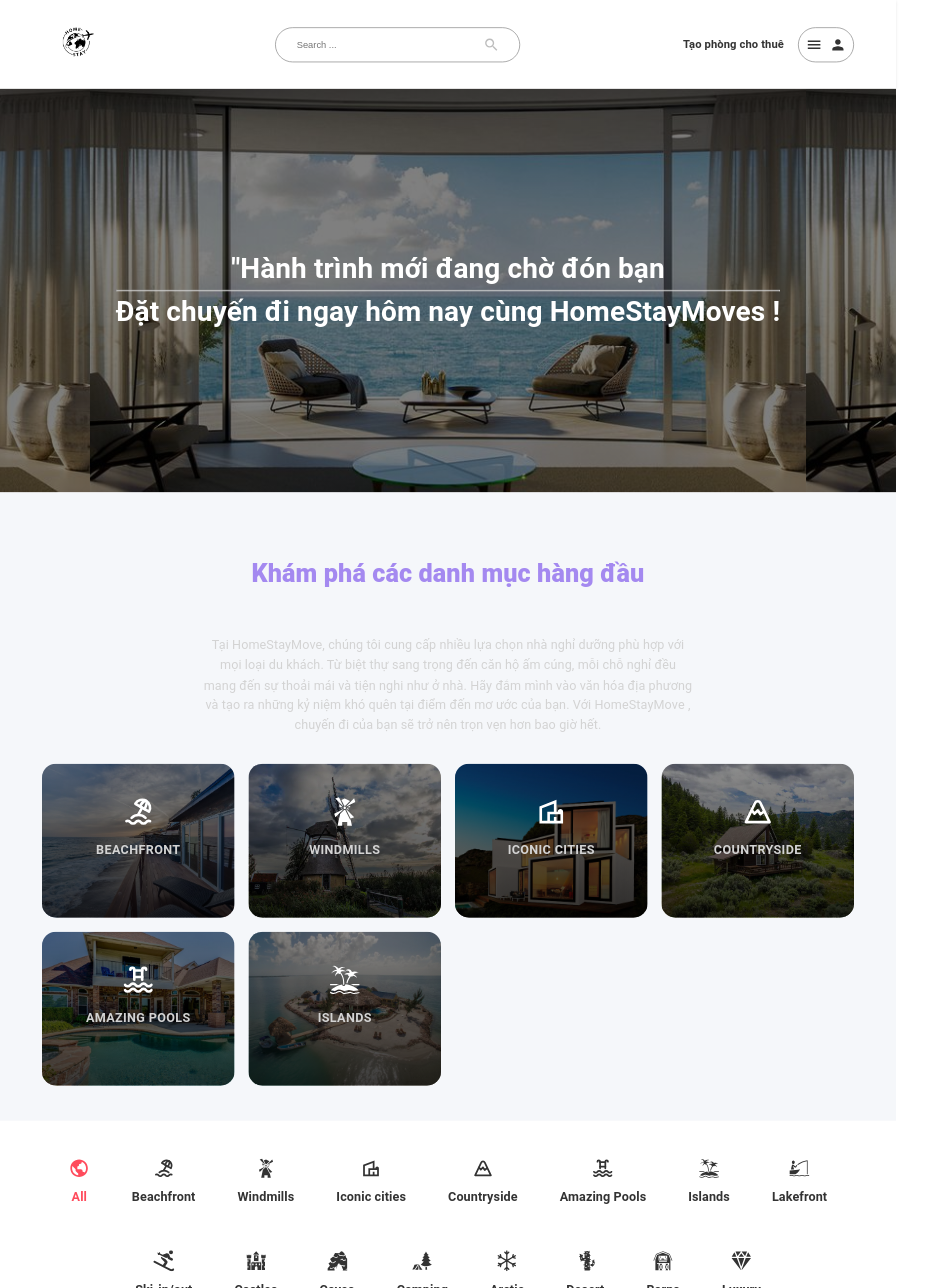
Repository: minhquang203/Homestay
Page: / (app in client/)
An editor plug-in stored every save of this project. The page is shown before and after the next save, followed by the edit.
The browser window is 1280 px wide. The page is 1342 px wide, so the pictures cover 1342 px, including what lies to the right of the window. The pictures show the part of the page from y = 0 to 1840 px (the page is 2822 px tall), at 70% of full size.
The page's requests for data from a server got no answer. The project was rebuilt for these pictures with package versions that can differ from the ones it lists, and the page was loaded fresh each time. No one was signed in, and anything a server would have sent is missing. Also part of the build but not shown: client/src/styles/ListingCard.scss, client/src/components/ListingCard.jsx, client/src/styles/variable.scss, client/src/styles/List.scss, client/src/pages/CategoryPage.jsx, client/src/styles/CreateListing.scss, client/src/pages/CreateListing.jsx, client/src/styles/ListingDetails.scss and 17 more.

Above is the page before, as saved 2025-04-04 00:01:06.

After the next save:
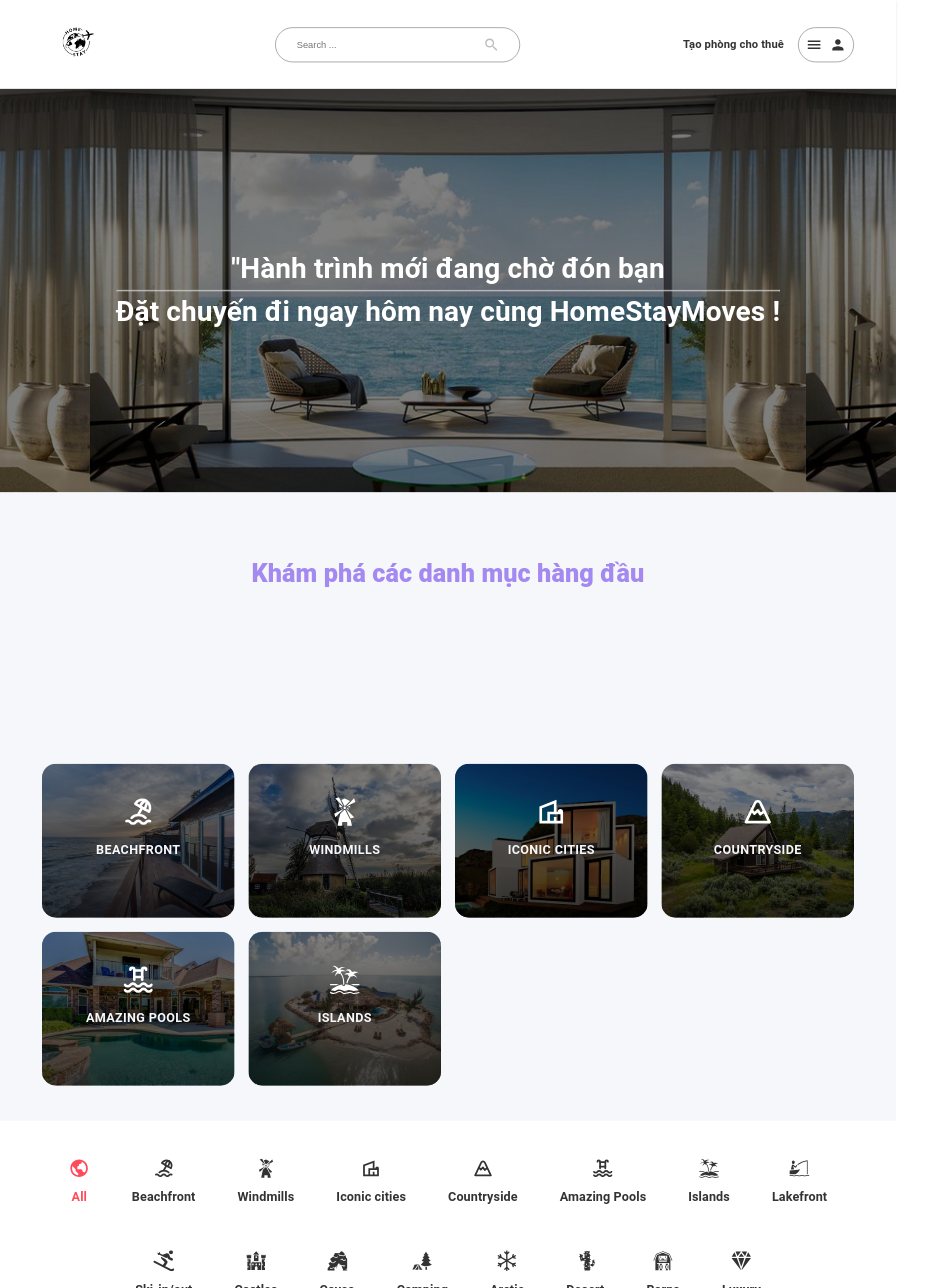
Saved 14 s later.
--- a/client/src/styles/Categories.scss
+++ b/client/src/styles/Categories.scss
@@ -19,7 +19,7 @@
   p {
     max-width: 700px;
     font-size: 18px;
-    color: lightgrey;
+    color: $lightgrey;
     line-height: 1.6;
     margin-bottom: 40px;
   }
